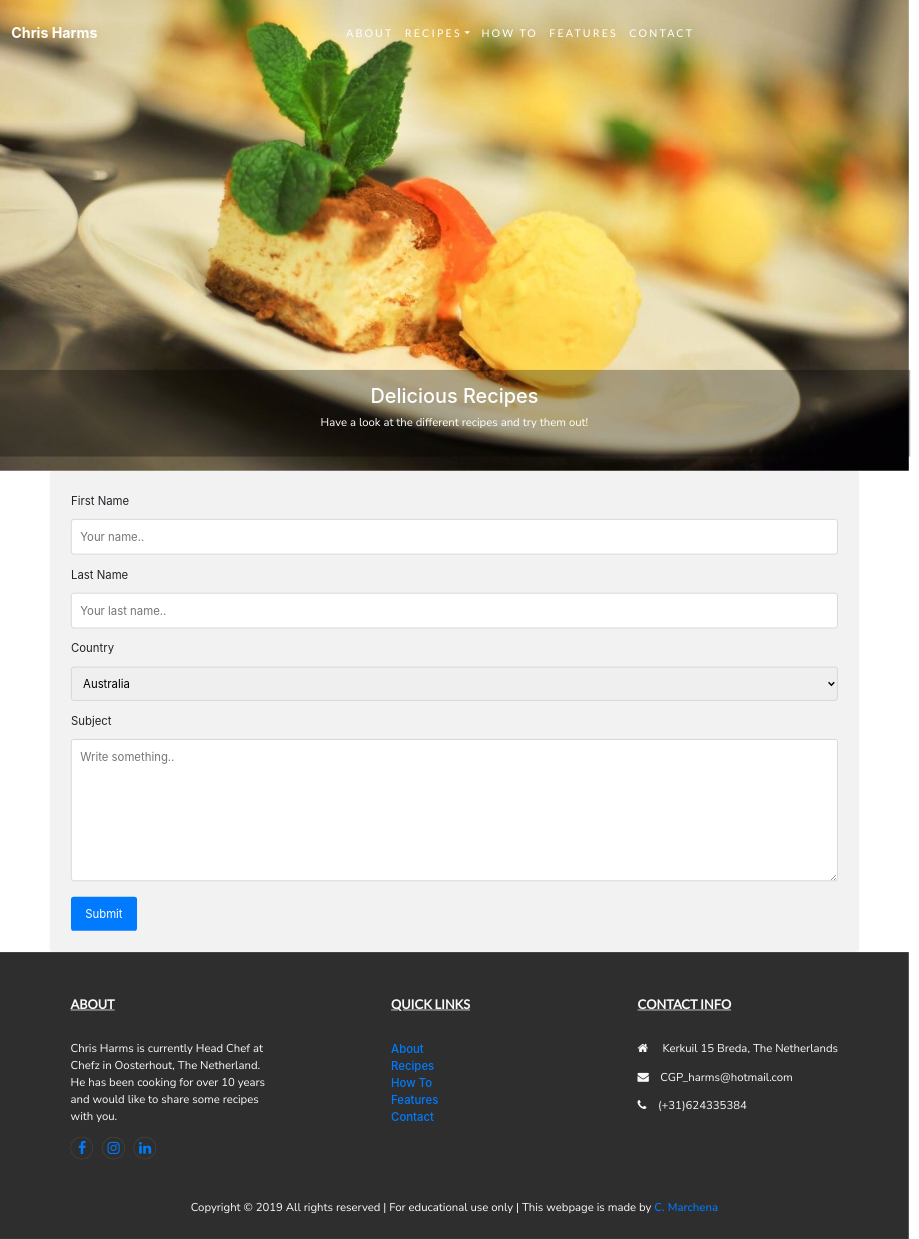
Repository: dugudugu/chris-harms-web
Page: contact.html
The author's editor kept a record of every edit. The page is drawn from the files as they stood at one moment, then again after the next edit.
The browser window is 1280 px wide. The page is 1295 px wide, so the pictures cover 1295 px, including what lies to the right of the window. The pictures show the whole page, at 71% of full size.
Some web fonts or font styles are not loaded; a fallback is used.

Above is the page before.

After the next edit:
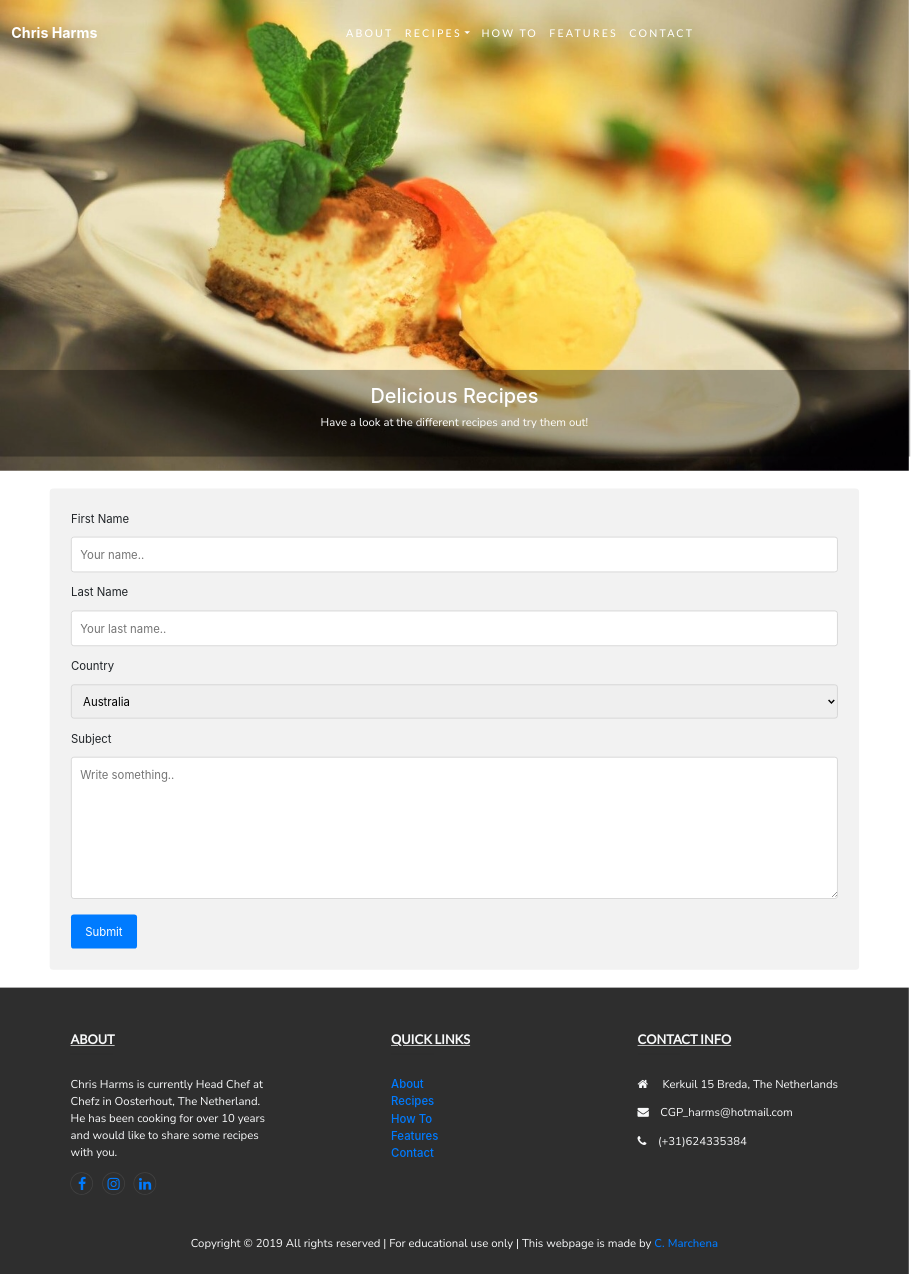
The edit:
--- a/contact.html
+++ b/contact.html
@@ -69,7 +69,7 @@
   </header>
 
   <main>
-
+<section class="contact-form">
     <div class="container">
       <form action="action_page.php">
 
